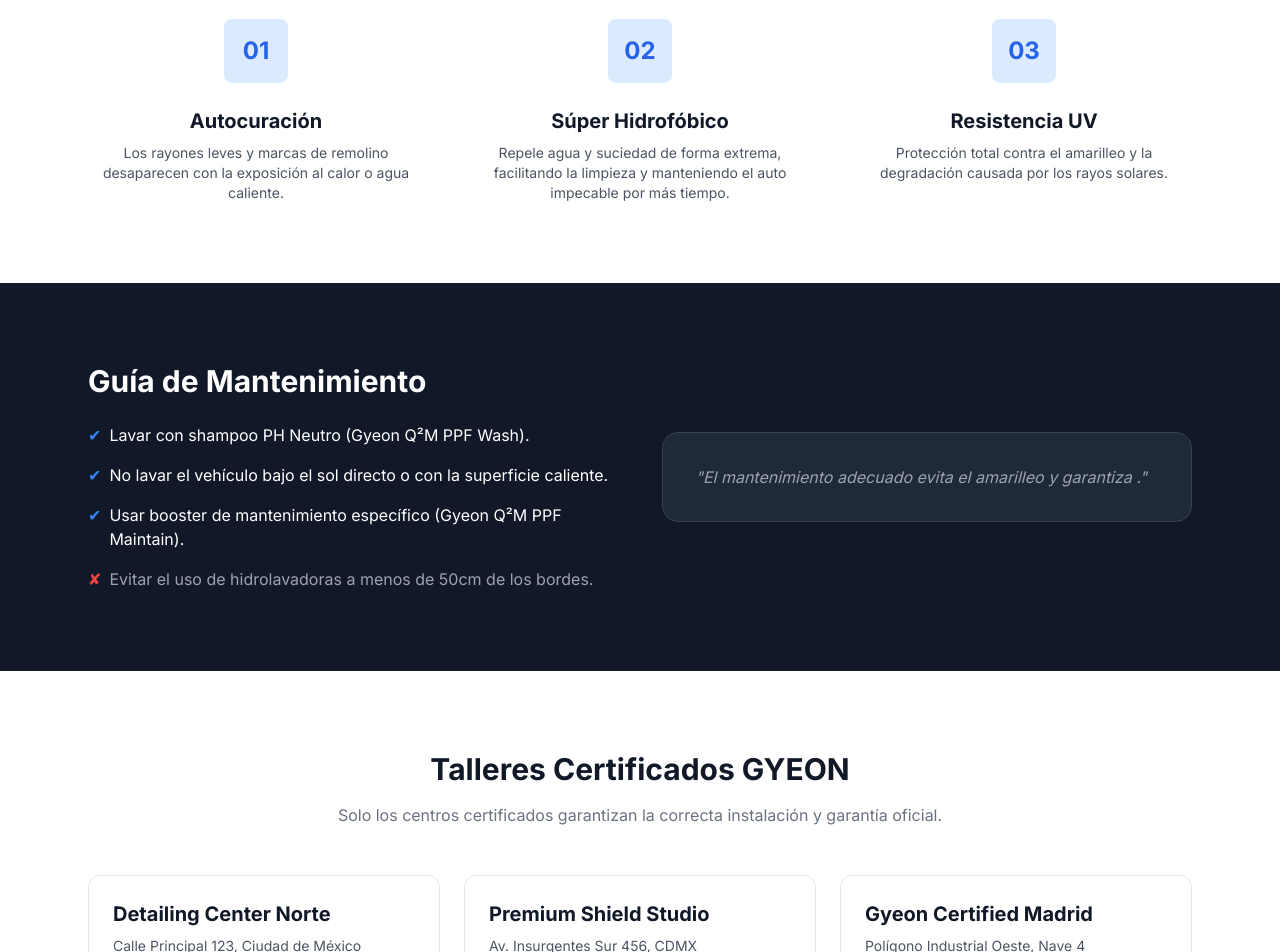
Repository: GyeonArgentna/gyeon-argentina
Page: index.html
An editor plug-in stored every save of this project. The page is shown before and after the next save, followed by the edit.
The browser window is 1280 px wide. The pictures show the part of the page from y = 881 to 1833 px (the page is 2079 px tall).
Some web libraries are served in a nearby version.

Above is the page before, as saved 2026-07-02 19:49:01.

After the next save:
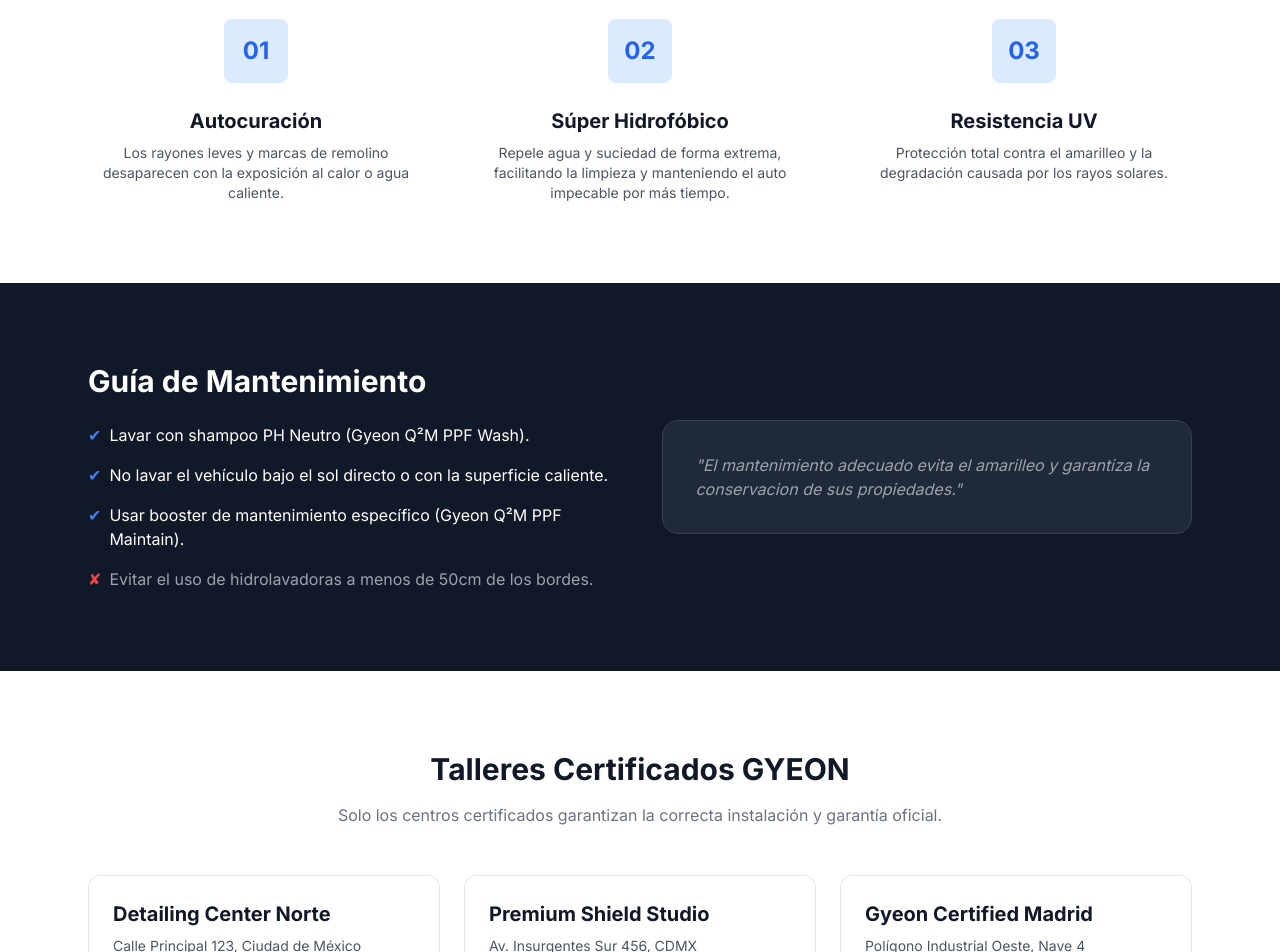
Saved 67 s later.
--- a/index.html
+++ b/index.html
@@ -76,7 +76,7 @@
                     </ul>
                 </div>
                 <div class="md:w-1/2 bg-gray-800 p-8 rounded-2xl border border-gray-700">
-                    <p class="italic text-gray-400">"El mantenimiento adecuado evita el amarilleo y garantiza ."</p>
+                    <p class="italic text-gray-400">"El mantenimiento adecuado evita el amarilleo y garantiza la conservacion de sus propiedades."</p>
                 </div>
             </div>
         </div>
